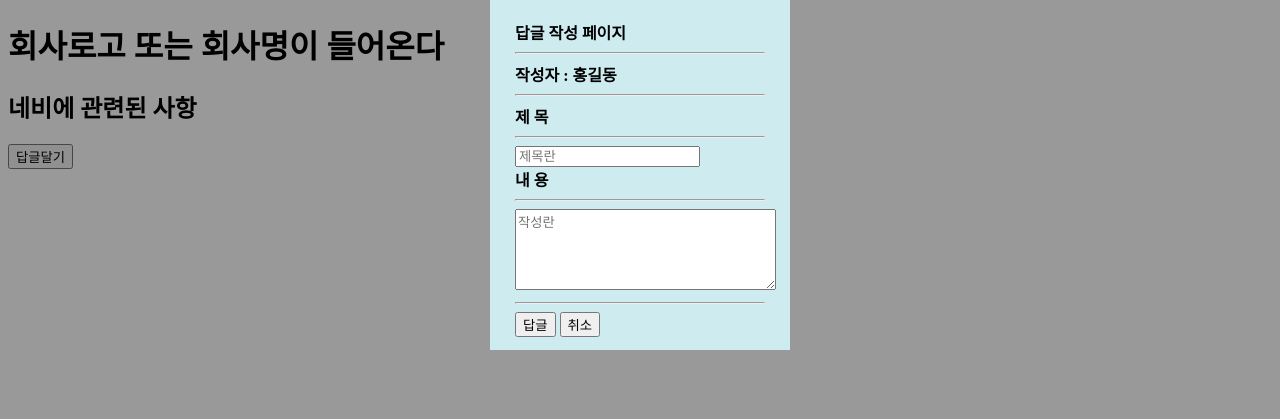
Repository: hangilyon/allJSPStudy
Page: javascript/ex22.html
The author's editor kept a copy of each file at every save. The page is drawn from the files as they stood at one save, then again after the next save.
The browser window is 1280 px wide. The pictures show the whole page.

Above is the page before, as saved 2021-10-18 09:04:08.

### javascript/ex22.html
<!DOCTYPE html>
<html>
<head>
<meta charset="UTF-8">
<title>ex22</title>

<script src="https://code.jquery.com/jquery-3.6.0.min.js"></script>
<script type="text/javascript">

</script>

<style>
	#modal_wrap {
		width: 100%;
		height: 100%;
		background-color: rgba(0,0,0,.4);
		position: fixed;
		top: 0;
		left: 0;
		right: 0;
		z-index: 9;
	}
	#first {
		position: fixed;
		top: 0;
		left: 0;
		right: 0;
		z-index: 10;
		background-color: rgba(212,244,250,0.9);
		width: 300px;
		height: 350px;
		margin: auto;
	}
</style>

</head>
<body>
	<header>
		<h1>회사로고 또는 회사명이 들어온다</h1>
	</header>
	<nav>
		<h1>네비에 관련된 사항</h1>
	</nav>
	<div id="modal_wrap">
		<div id="first">
			<div style="width:250px; margin: auto; padding-top: 20px;">
				<b>답글 작성 페이지</b><hr>
				<b>작성자 : 홍길동</b><hr>
				<b>제 목</b><hr> <input type="text" placeholder="제목란"><br>
				<b>내 용</b><hr> <textarea rows="5" cols="30" placeholder="작성란"></textarea><hr>
				<button type="button">답글</button>
				<button type="button" onclick="slide_hide()">취소</button>
			</div>
		</div>
	</div>
	<button type="button" onclick="slideClick()">답글달기</button>
</body>
</html>

After the next save:
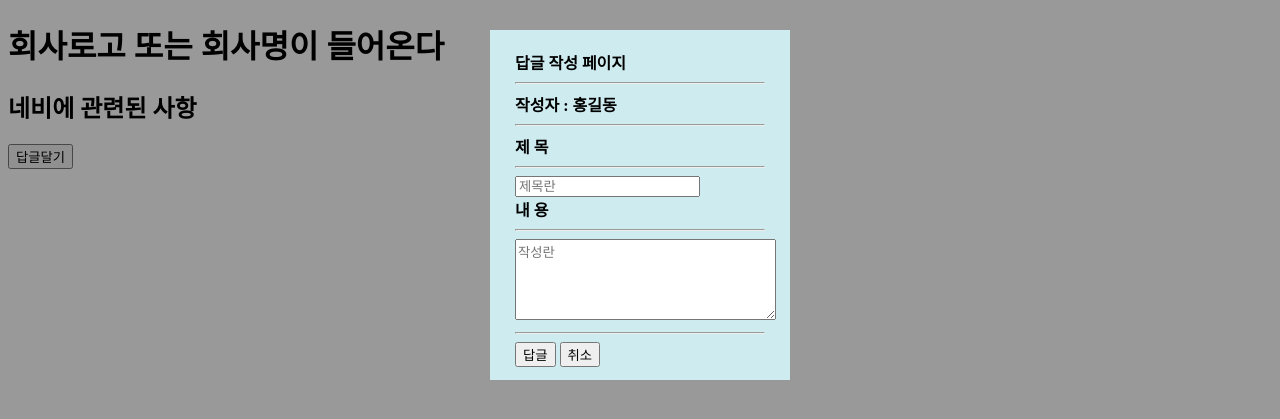
Saved 26 s later.
--- a/javascript/ex22.html
+++ b/javascript/ex22.html
@@ -22,7 +22,7 @@
 	}
 	#first {
 		position: fixed;
-		top: 0;
+		top: 30px;
 		left: 0;
 		right: 0;
 		z-index: 10;
